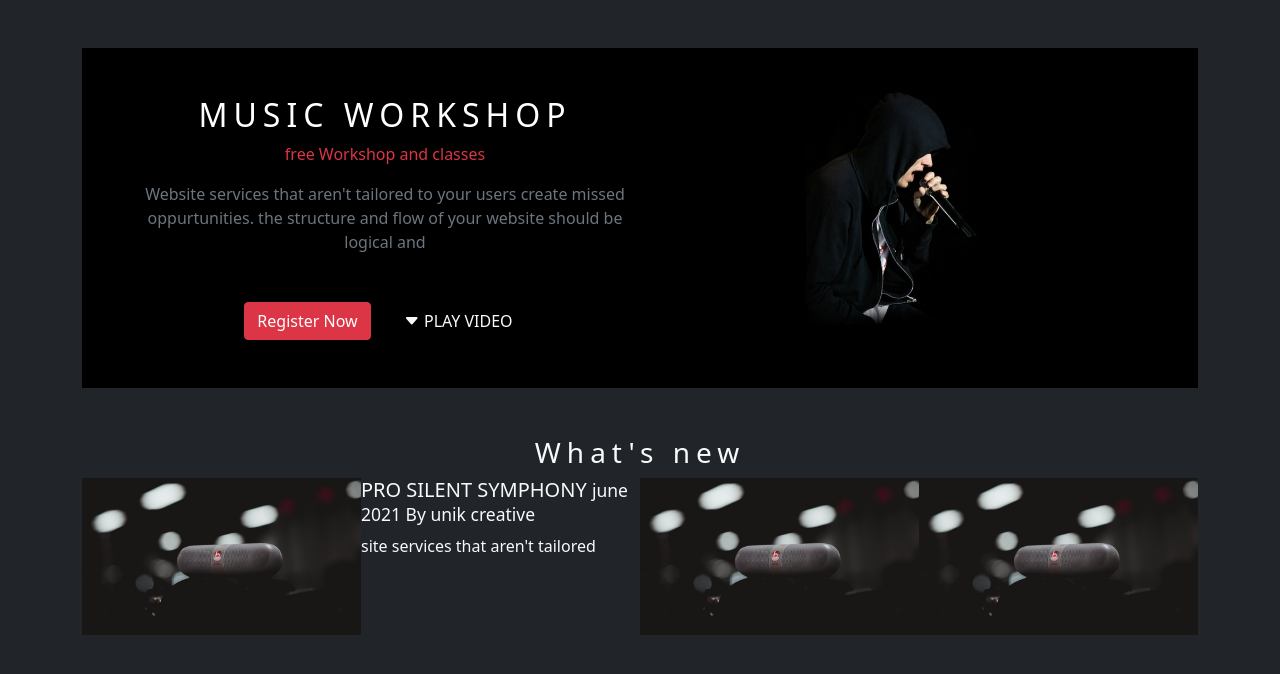
Repository: Eugene44-hub/music-workshop-site
Page: index.html
An editor plug-in stored every save of this project. The page is shown before and after a run of saves, followed by the edit.
The browser window is 1280 px wide. The pictures show the whole page.
Some web libraries are served in a nearby version.

Above is the page before, as saved 2021-10-22 16:55:23.

### index.html
<!DOCTYPE html>
<html lang="en">

<head>
    <meta charset="UTF-8">
    <meta http-equiv="X-UA-Compatible" content="IE=edge">
    <meta name="viewport" content="width=device-width, initial-scale=1.0">
    <title>Document</title>
    <link rel="stylesheet" href="style.css">
    <!-- CSS only -->
    <link href="https://cdn.jsdelivr.net/npm/bootstrap@5.1.3/dist/css/bootstrap.min.css" rel="stylesheet" integrity="sha384-1BmE4kWBq78iYhFldvKuhfTAU6auU8tT94WrHftjDbrCEXSU1oBoqyl2QvZ6jIW3" crossorigin="anonymous">
    <link rel="stylesheet" href="https://cdn.jsdelivr.net/npm/bootstrap-icons@1.6.1/font/bootstrap-icons.css">
</head>

<body class="bg-dark p-md-5 p-3">
    <!-- registeration starts  -->
    <section id="registration">
        <div class="container">
            <div class="d-lg-flex text-white bg-black align-items-center" id="regImg">
                <div id="regText" class="col-md text-center p-5">
                    <h2 id="musicheader" class="text-uppercase fs-2">
                        music workshop </h2>
                    <p class="text-danger"> free Workshop and classes</p>
                    <p class="text-secondary">Website services that aren't tailored to your users create missed oppurtunities. the structure and flow of your website should be logical and</p>
                    <div class="mt-5">
                        <button class="btn btn-danger mx-2">Register Now</button>
                        <button class="btn text-light mx-2"><i class="bi bi-caret-down-fill"></i> PLAY VIDEO</button>
                    </div>
                </div>
                <div class="col-md"> <img src="images/eminem.jpg" alt="" class="img-fluid"></div>

            </div>
        </div>
    </section>
    <!-- registeration ends  -->

    <!-- whats new starts -->
    <section class="text-light">
        <div class="container">
            <h2 id="new" class='text-center text-light fs-3 mt-5'>What's new</h2>
            <div class="d-flex ">
                <div class="col-md">
                    <img src="images/speaker.jpg" class="img-fluid" alt="">
                </div>
                <div class="col-md">
                    <h4 class="lead">
                        PRO SILENT SYMPHONY
                        <small>june 2021 By unik creative</small>
                        </h3>
                        <p>site services that aren't tailored</p>
                </div>
                <div class="col-md">
                    <img src="images/speaker.jpg" class="img-fluid" alt="">
                </div>
                <div class="col-md">
                    <img src="images/speaker.jpg" class="img-fluid" alt="">
                </div>
            </div>
        </div>

    </section>
    <!-- whats new ends -->
</body>
<!-- JavaScript Bundle with Popper -->
<script src="https://cdn.jsdelivr.net/npm/bootstrap@5.1.3/dist/js/bootstrap.bundle.min.js" integrity="sha384-ka7Sk0Gln4gmtz2MlQnikT1wXgYsOg+OMhuP+IlRH9sENBO0LRn5q+8nbTov4+1p" crossorigin="anonymous"></script>

</html>

### style.css
#musicheader,
#new {
    letter-spacing: 6px
}


/* #regImg {
    background-image: url('images/eminem.jpg');
    background-repeat: no-repeat;
    background-position-x: left;
    background-position-y: top;
    background-size: auto;
    background-size: cover;
} */

After the next 2 saves:
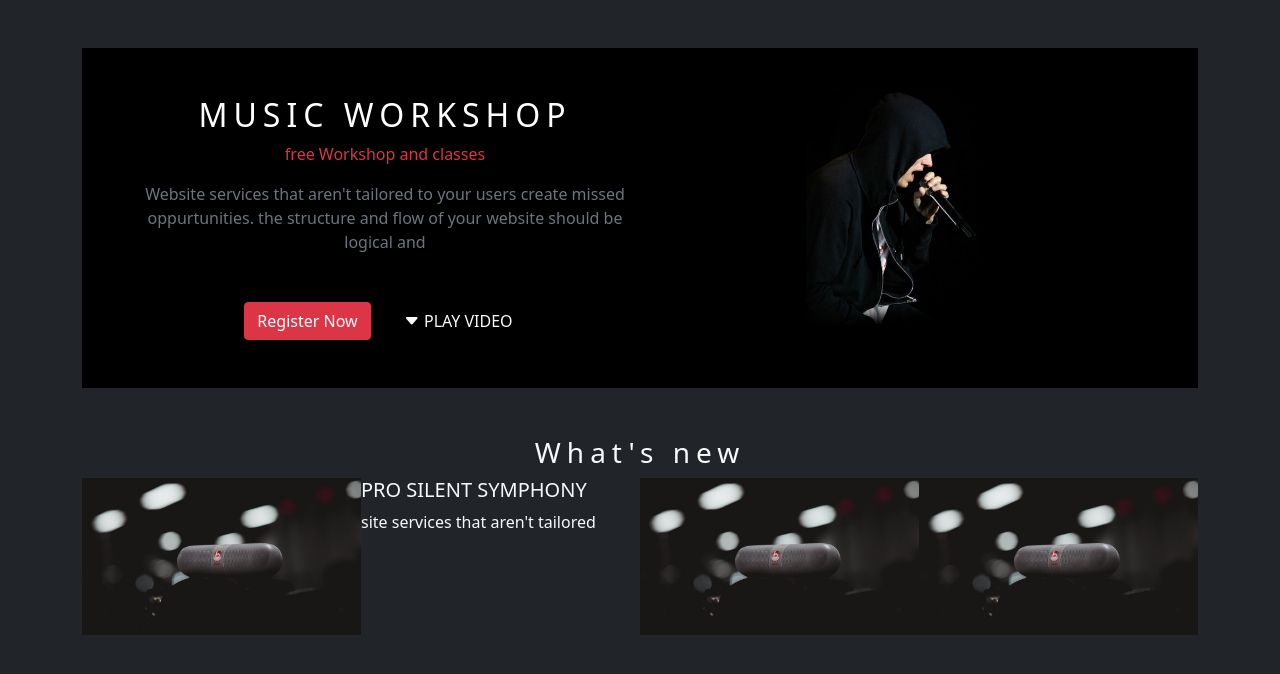
The 2 saves are shown as one change because they came seconds apart.
The last was saved 15 s later.
--- a/index.html
+++ b/index.html
@@ -45,7 +45,6 @@
                 <div class="col-md">
                     <h4 class="lead">
                         PRO SILENT SYMPHONY
-                        <small>june 2021 By unik creative</small>
                         </h3>
                         <p>site services that aren't tailored</p>
                 </div>
